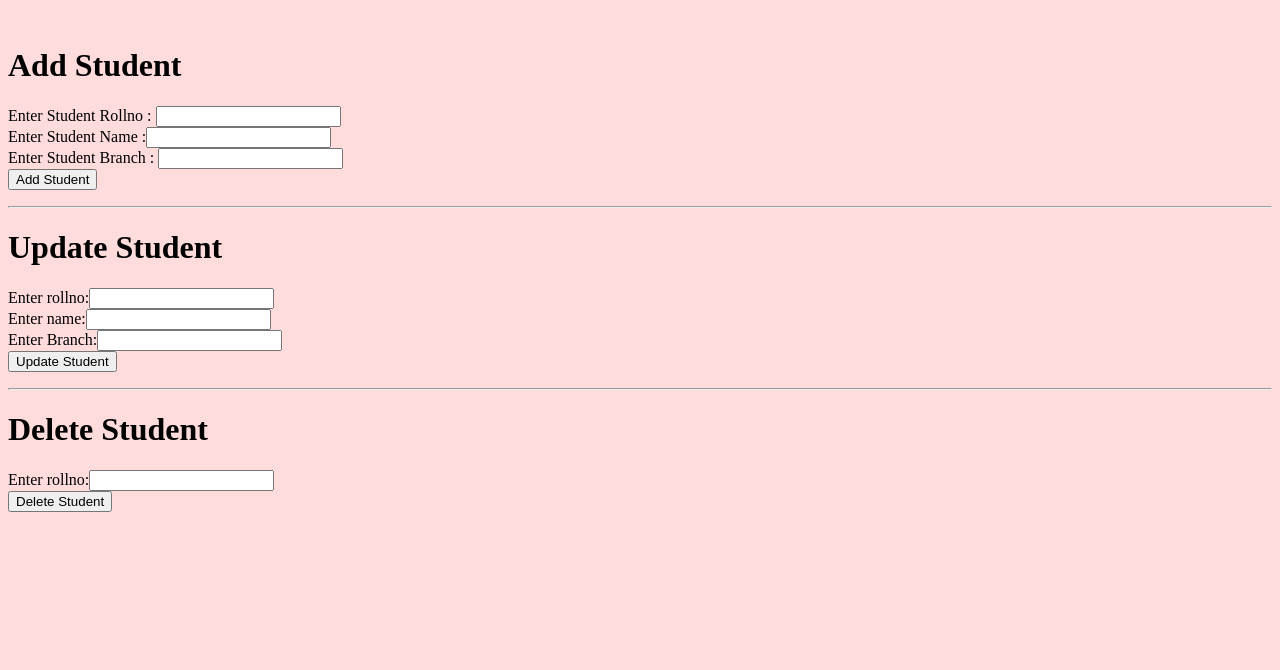
Repository: chinthaginjalabhuvan/Java
Page: ServletRealTimeProject/src/main/webapp/index.html
The author's editor kept a copy of each file at every save. The page is drawn from the files as they stood at one save, then again after the next save.
The browser window is 1280 px wide. The pictures show the whole page.

Above is the page before, as saved 2025-06-04 10:08:42.

After the next save:
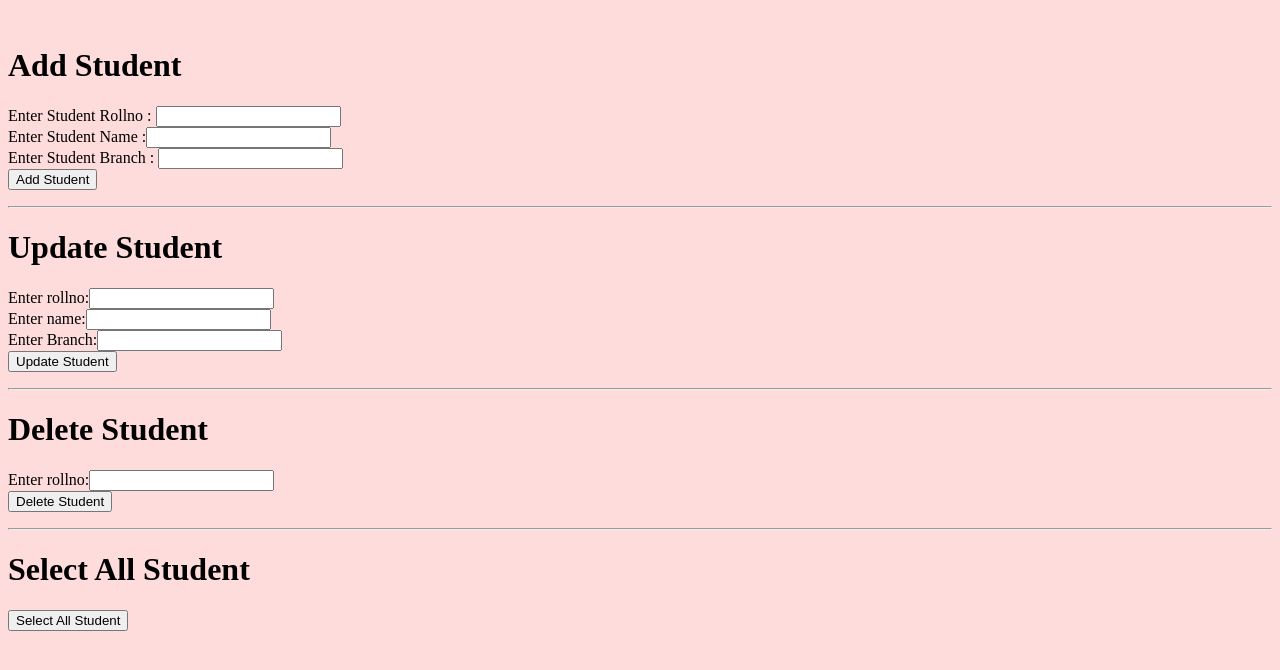
Saved 5 min 50 s later.
--- a/ServletRealTimeProject/src/main/webapp/index.html
+++ b/ServletRealTimeProject/src/main/webapp/index.html
@@ -23,6 +23,11 @@ Enter Branch:<input type="text" name="branch"/><br/>
 Enter rollno:<input type="text" name="rollno"/><br/>
 <button type="submit">Delete Student</button>
 </form>
+<hr/>
+<h1>Select All Student</h1>
+<form action="./select">
+<button type="submit">Select All Student</button>
+</form>
 
 </body>
 
